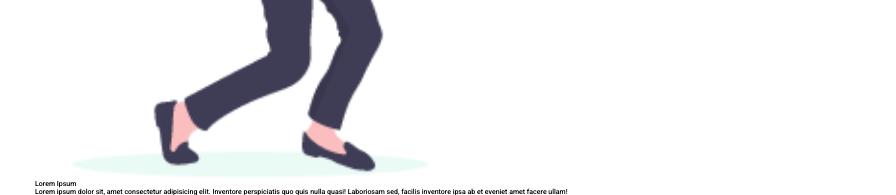
Repository: kebinh1235/porfolio-demo
Page: index.html
These files come from the project's save history. The page is drawn as it stood at one moment and after the next save; the edit follows.
The browser window is 1280 px wide. The pictures show the part of the page from y = 1343 to 3263 px (the page is 1622 px tall before and 3263 px after), at 70% of full size.
Some web libraries are served in a nearby version.

Above is the page before, as saved 2021-10-20 15:57:09.

After the next save:
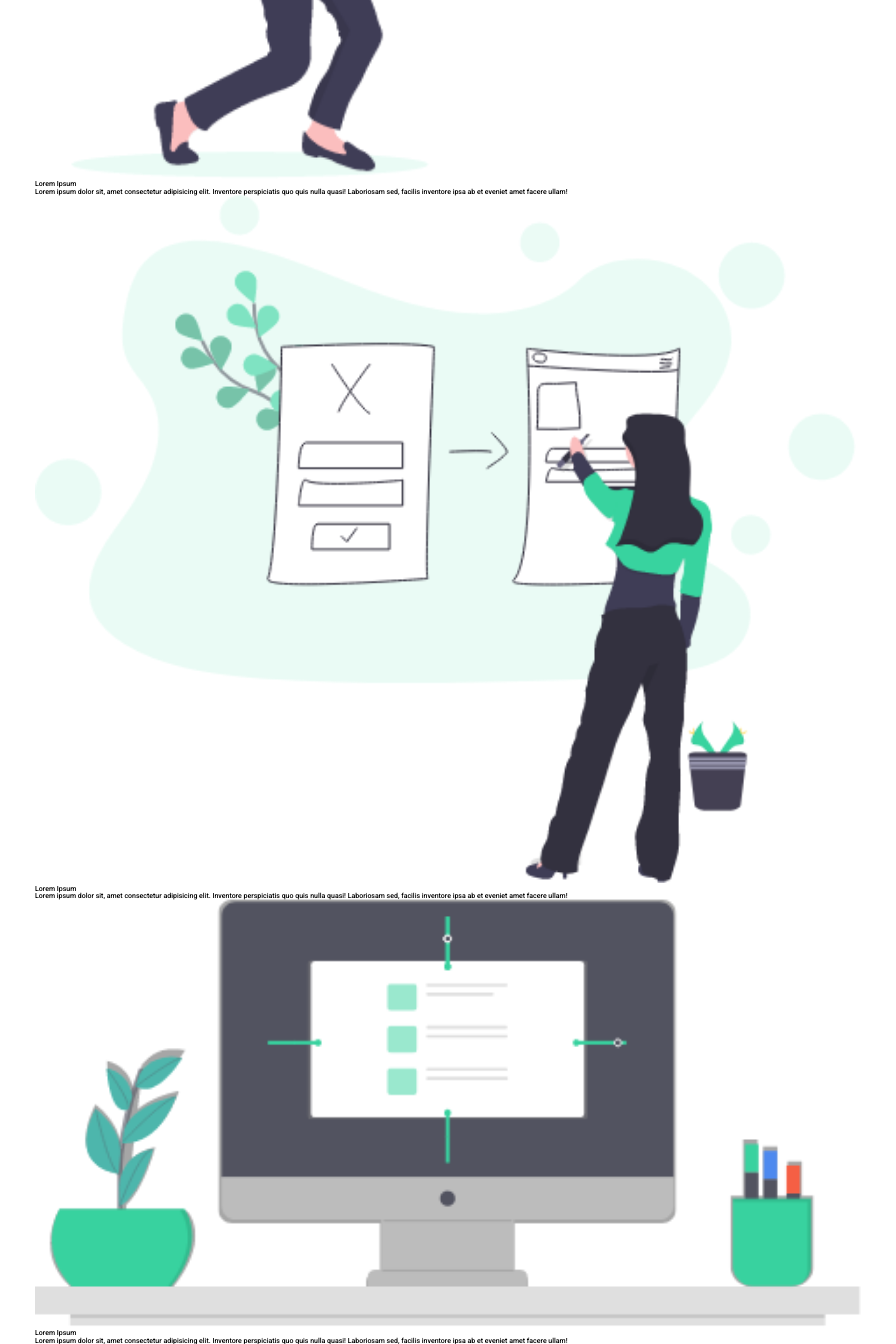
Saved 28 s later.
--- a/index.html
+++ b/index.html
@@ -55,6 +55,7 @@
   <!-- thing to do -->
   <section id="things">
     <div class="container">
+      <!-- item 1 -->
       <div class="things__item">
         <!-- img -->
         <img src="./img/things-item-1.png" alt="Of Women">
@@ -64,6 +65,27 @@
           <p>Lorem ipsum dolor sit, amet consectetur adipisicing elit. Inventore perspiciatis quo quis nulla quasi! Laboriosam sed, facilis inventore ipsa ab et eveniet amet facere ullam!</p>
         </div>
       </div>
+      <!-- item 2 -->
+      <div class="things__item">
+        <!-- img -->
+        <img src="./img/things-item-2.png" alt="Of Women">
+        <!-- heading -->
+        <div class="things__item-heading">
+          <span>Lorem Ipsum</span>
+          <p>Lorem ipsum dolor sit, amet consectetur adipisicing elit. Inventore perspiciatis quo quis nulla quasi! Laboriosam sed, facilis inventore ipsa ab et eveniet amet facere ullam!</p>
+        </div>
+      </div>
+      <!-- item 3 -->
+      <div class="things__item">
+        <!-- img -->
+        <img src="./img/things-item-3.png" alt="Of Women">
+        <!-- heading -->
+        <div class="things__item-heading">
+          <span>Lorem Ipsum</span>
+          <p>Lorem ipsum dolor sit, amet consectetur adipisicing elit. Inventore perspiciatis quo quis nulla quasi! Laboriosam sed, facilis inventore ipsa ab et eveniet amet facere ullam!</p>
+        </div>
+      </div>
+
     </div>
   </section>
   <!--Font awesome-->
